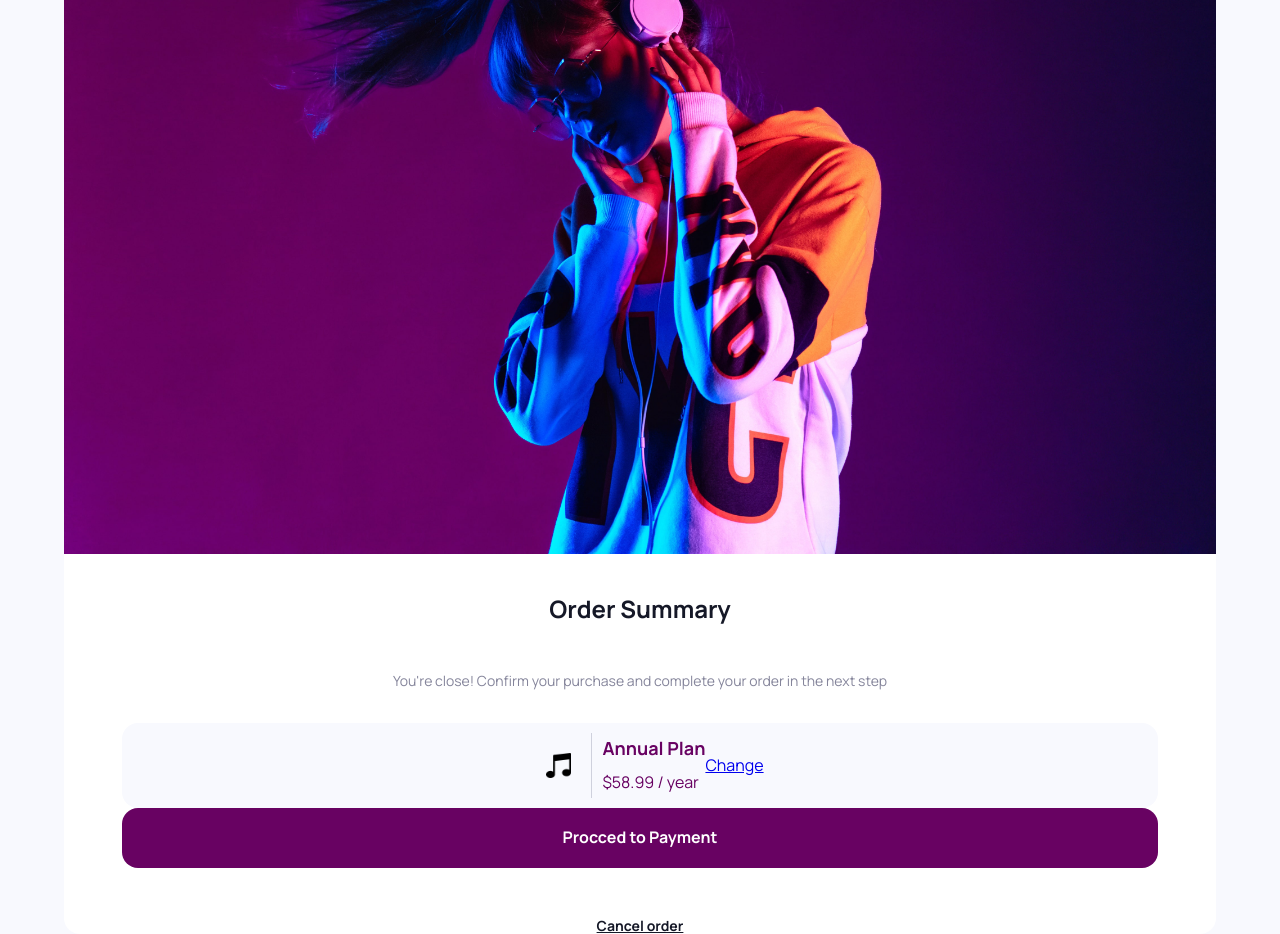
Repository: ssynowiec/INVO-Academy-solution
Page: /
The author's editor kept a copy of each file at every save. The page is drawn from the files as they stood at one save, then again after the next save.
The browser window is 1280 px wide. The pictures show the whole page.
The project was rebuilt for these pictures with package versions that can differ from the ones it lists, and the page was loaded fresh each time.

Above is the page before, as saved 2023-03-04 20:08:44.

### index.html
<!DOCTYPE html>
<html lang="en">

<head>
  <meta charset="UTF-8" />
  <link rel="icon" type="image/svg+xml" href="/vite.svg" />
  <meta name="viewport" content="width=device-width, initial-scale=1.0" />
  <title>INVO Academy JS Starter with Vite</title>
</head>

<!-- In order to start your challenge, remove all the content inside <div id="home-page"></div> and start coding :) -->

<body>
  <div id="home-page" class="container">
    <section class="order">
      <img src="/images/girl.jpeg" alt="" class="order-image">
      <h1 class="order-title">Order Summary</h1>
      <p class="order-description">You're close! Confirm your purchase and complete your order in the next step</p>
      <div class="order-summary">
        <img src="/images/music.png" alt="" class="order-icon">
        <div class="product">
          <h2 class="product-name">Annual Plan</h2>
          <p class="product-price">$58.99 / year</p>
        </div>
        <a href="#">Change</a>
      </div>
      <button class="order-button">Procced to Payment</button>
      <a href="#" class="order-link">Cancel order</a>
    </section>
  </div>

  <script type="module" src="/src/global-scripts/main.js"></script>
  <script type="module" src="/src/pages/home-page/scripts/home-page.js"></script>
</body>

</html>

### src/pages/home-page/scripts/home-page.js
/// Homepage JavaScript File
/// Here we import all the JavaScript files we need for our homepage.

import '../styles/home-page.scss';

### src/global-styles/style.scss
/// Main Styles File
/// Here we import all the global Styles files we need for our project.

@import 'styles/normalize.scss';
@import 'styles/root.scss';
@import 'styles/fonts.scss';

body {
	font-family: 'Manrope', sans-serif;
	color: var(--color-primary);
	background-color: var(--color-background);
	display: flex;
	justify-content: center;
	align-items: center;
	height: 100vh;
}

p {
	color: var(--color-on-surface);
}

### src/pages/home-page/styles/home-page.scss
/// Homepage Styles File
/// Here we import all the Styles files we need for our Homepage.

.container {
	display: flex;
	justify-content: center;
	align-items: center;
}

.order {
	display: flex;
	flex-direction: column;
	justify-content: between;
	align-items: center;
	width: 90%;
	border-radius: 16px;
	overflow: hidden;
	background-color: var(--color-white);

	&-image {
		width: 100%;
		height: 20%;
		object-fit: cover;
	}

	&-title {
		font-weight: bold;
		padding-top: 25px;
		font-size: 24px;
		color: var(--color-title);
	}

	&-description {
		font-size: 14px;
		padding: 20px;
		color: var(--color-body);
		text-align: center;
	}

	&-summary {
		display: flex;
		justify-content: center;
		align-items: center;
		width: 90%;
		border-radius: 16px;
		background-color: var(--color-background);
	}

	&-icon {
		width: 25px;
		height: 25px;
		margin: 10px;
		padding: 20px;
		border-right: 1px solid var(--color-stroke);
	}

	&-button {
		width: 90%;
		height: 60px;
		padding: 10px;
		border-radius: 16px;
		font-weight: bold;
		font-size: 16px;
		line-height: 160%;
		letter-spacing: -1%;
		border: none;
		background-color: var(--color-primary);
		color: var(--color-white);
		cursor: pointer;

		&:hover {
			background-color: var(--color-primary-hover);
		}
	}

	&-link {
		letter-spacing: -1%;
		padding-top: 50px;
		font-size: 14px;
		font-weight: bold;
		color: var(--color-title);
	}
}

.product {
	&-name {
		font-size: 18px;
		line-height: 18px;
		font-weight: bold;
	}
}

### src/global-styles/styles/root.scss
/// Root Styles file
/// Here we define all the root variables we need for our project.
/// For examples see Material Design color system: https://m2.material.io/design/color/the-color-system.html

:root {
	--color-primary: #680262;
	--color-primary-hover: #490245;
	--color-background: #f8f9fe;
	--color-title: #151827;
	--color-body: #85859b;
	--color-stroke: #cfd1dd;
	--color-white: #ffffff;
}

### src/global-styles/styles/fonts.scss
/// Main Fonts File
/// Here we import all the fonts files we need for our project.

@import url('https://fonts.googleapis.com/css2?family=Manrope:wght@200;300;400;500;600;700;800&display=swap');

Loaded but not shown: src/global-scripts/main.js (common file); src/global-styles/styles/normalize.scss (common file)

After the next save:
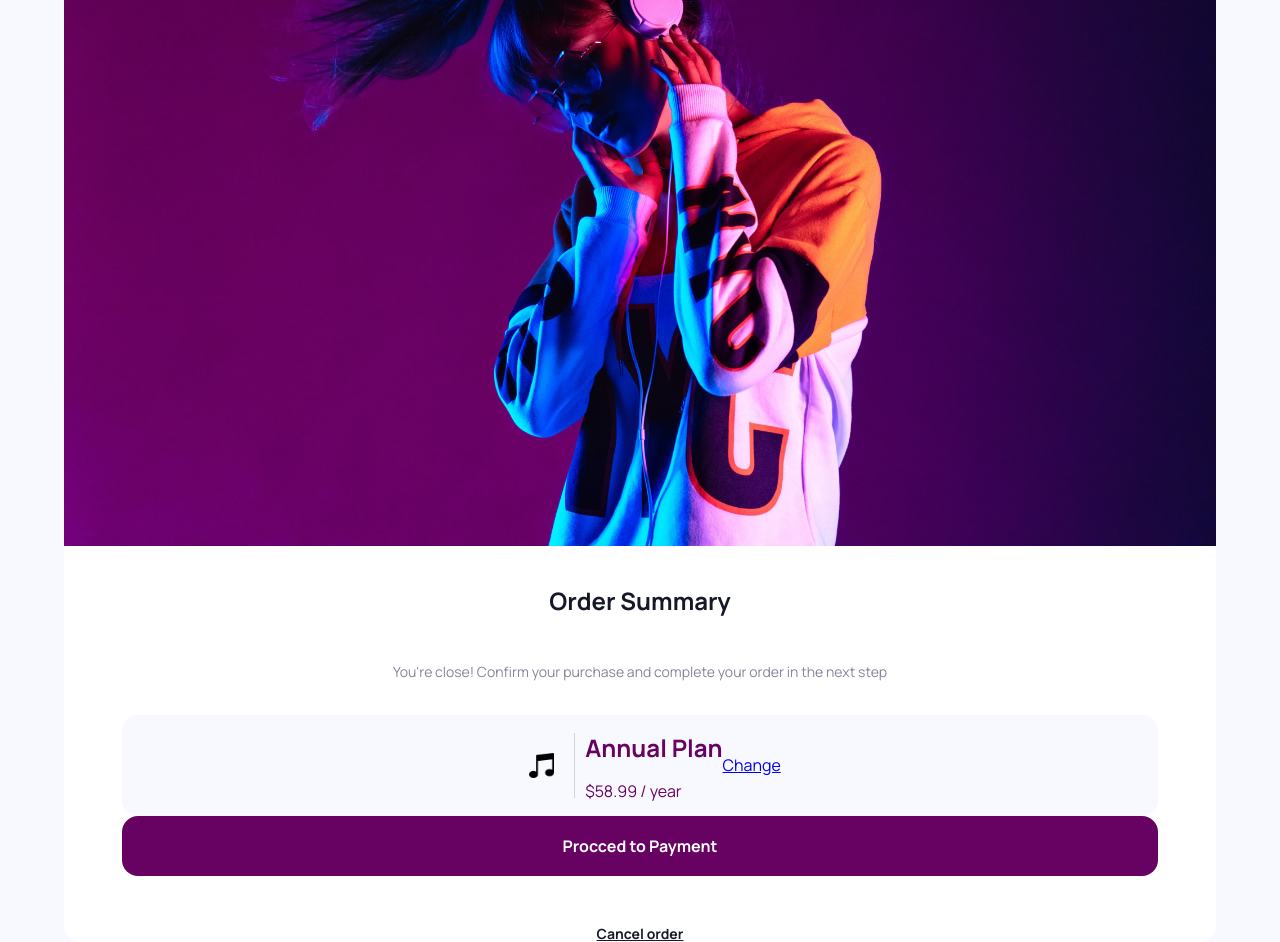
Saved 3 min 53 s later.
--- a/src/pages/home-page/styles/home-page.scss
+++ b/src/pages/home-page/styles/home-page.scss
@@ -83,6 +83,8 @@
 }
 
 .product {
+	color:
+
 	&-name {
 		font-size: 18px;
 		line-height: 18px;

After the 3 saves that followed:
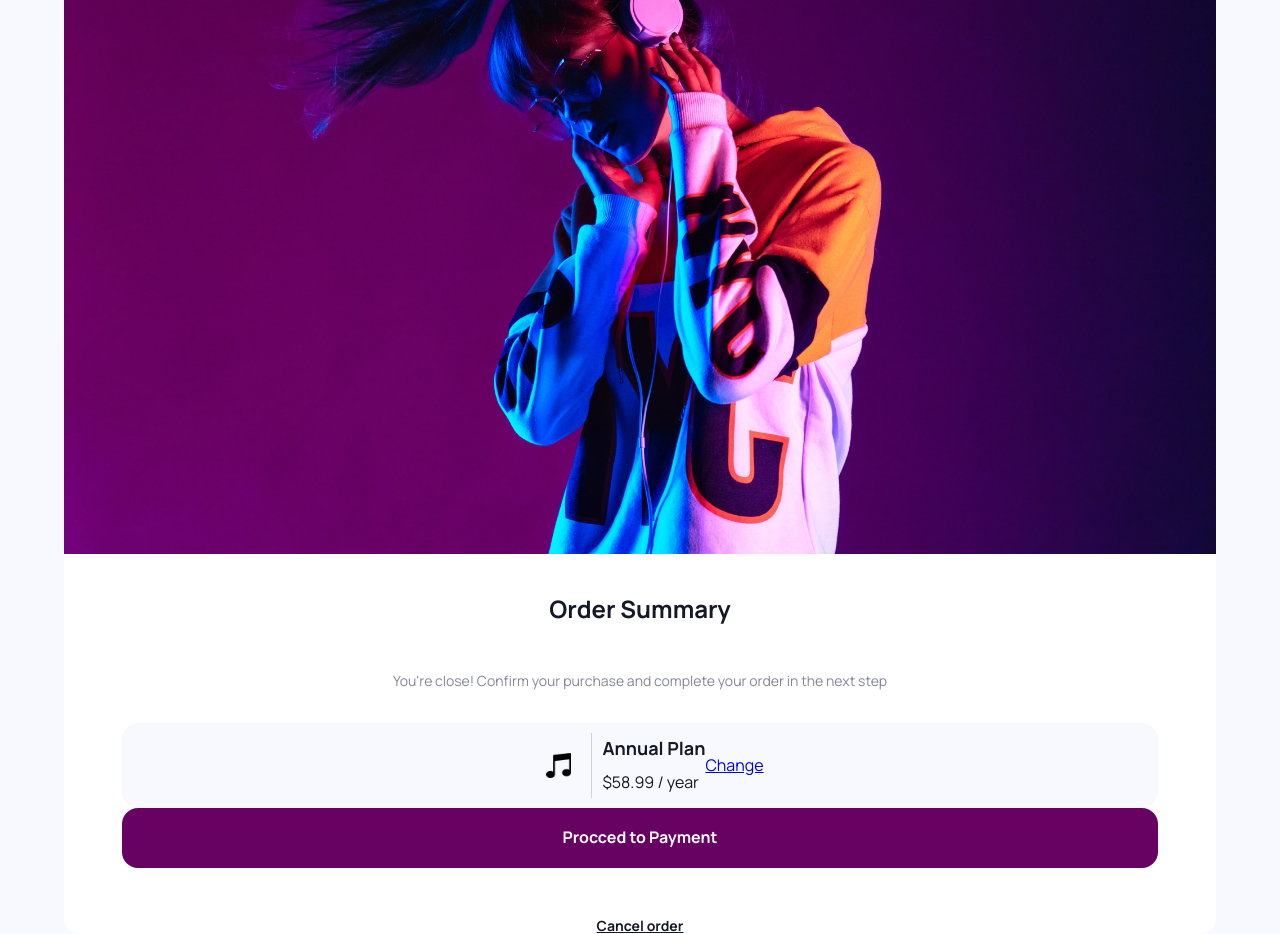
The 3 saves are shown as one change because 2 left the picture as it was.
The last was saved 40 s later.
--- a/src/pages/home-page/styles/home-page.scss
+++ b/src/pages/home-page/styles/home-page.scss
@@ -83,7 +83,7 @@
 }
 
 .product {
-	color:
+	color: var(--color-title);
 
 	&-name {
 		font-size: 18px;
